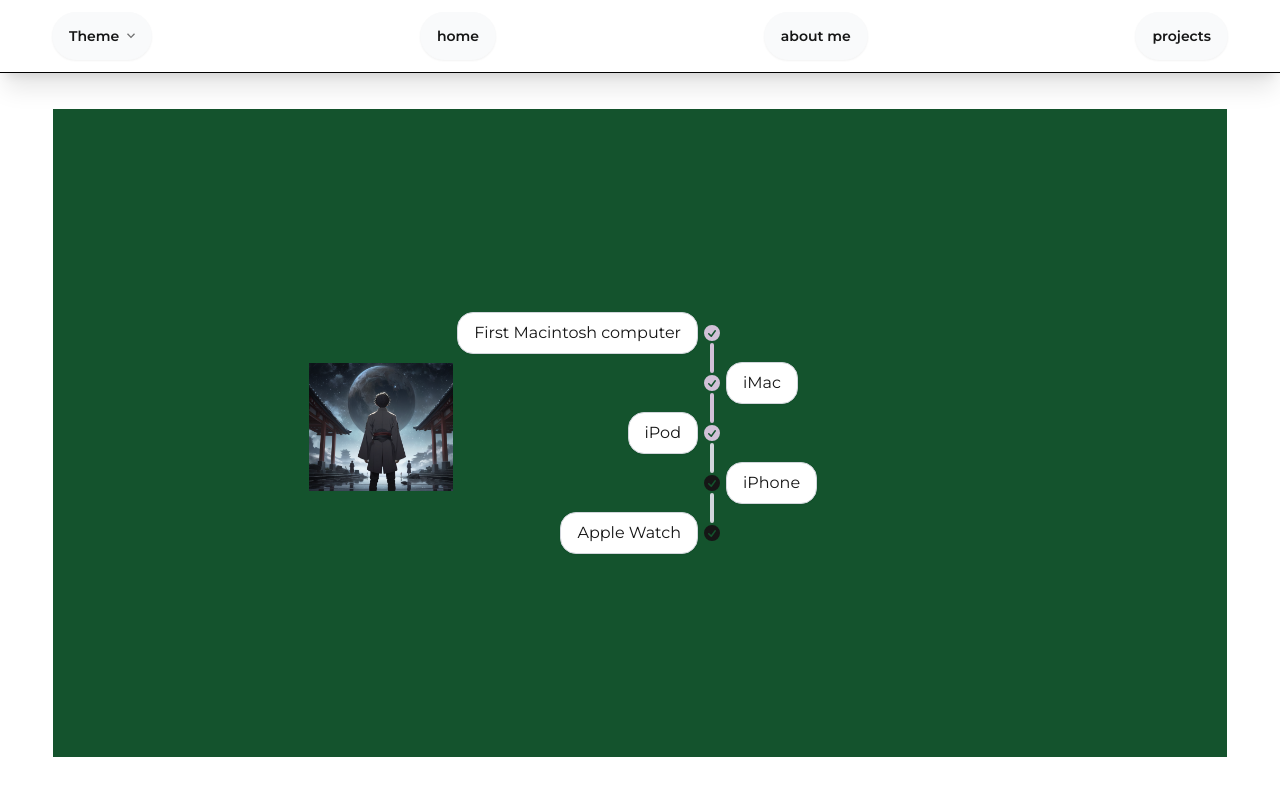
Repository: Yakyaz/myWebsite
Page: /about
These files come from the project's save history. The page is drawn as it stood at one moment and after the next save; the edit follows.
The browser window is 1280 px wide. The pictures show the whole page.
The project was rebuilt for these pictures with package versions that can differ from the ones it lists, and the page was loaded fresh each time. The framework's server and built-in components were replaced by stand-ins that run in the browser. Also part of the build but not shown: next.config.js.

Above is the page before, as saved 2023-12-05 21:40:49.

After the next save:
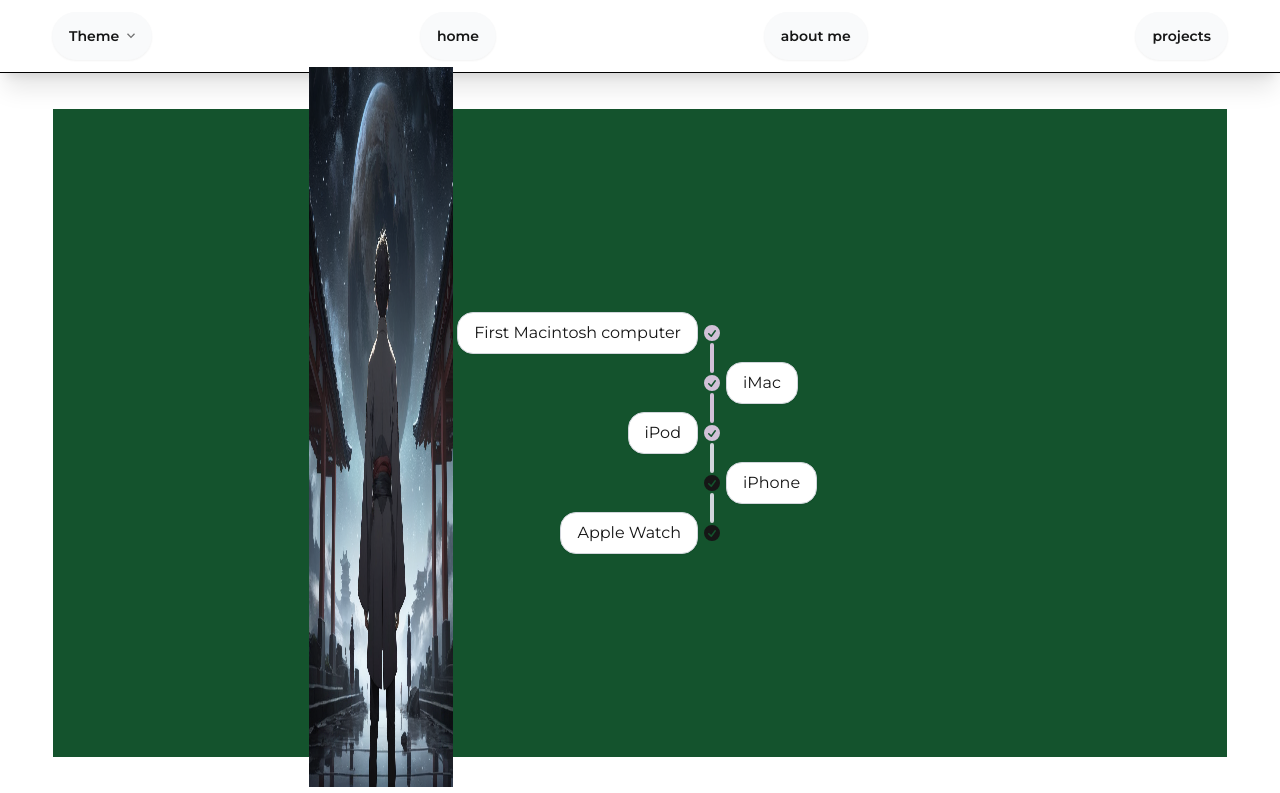
Saved 5 s later.
--- a/app/about/page.tsx
+++ b/app/about/page.tsx
@@ -10,7 +10,7 @@
       >
         <div>
           <Image
-            className="  mb-3 h-full w-36  "
+            className="  mb-3 h-screen w-36  "
             alt="Pb"
             src={bg}
             placeholder="blur"

After the save that followed:
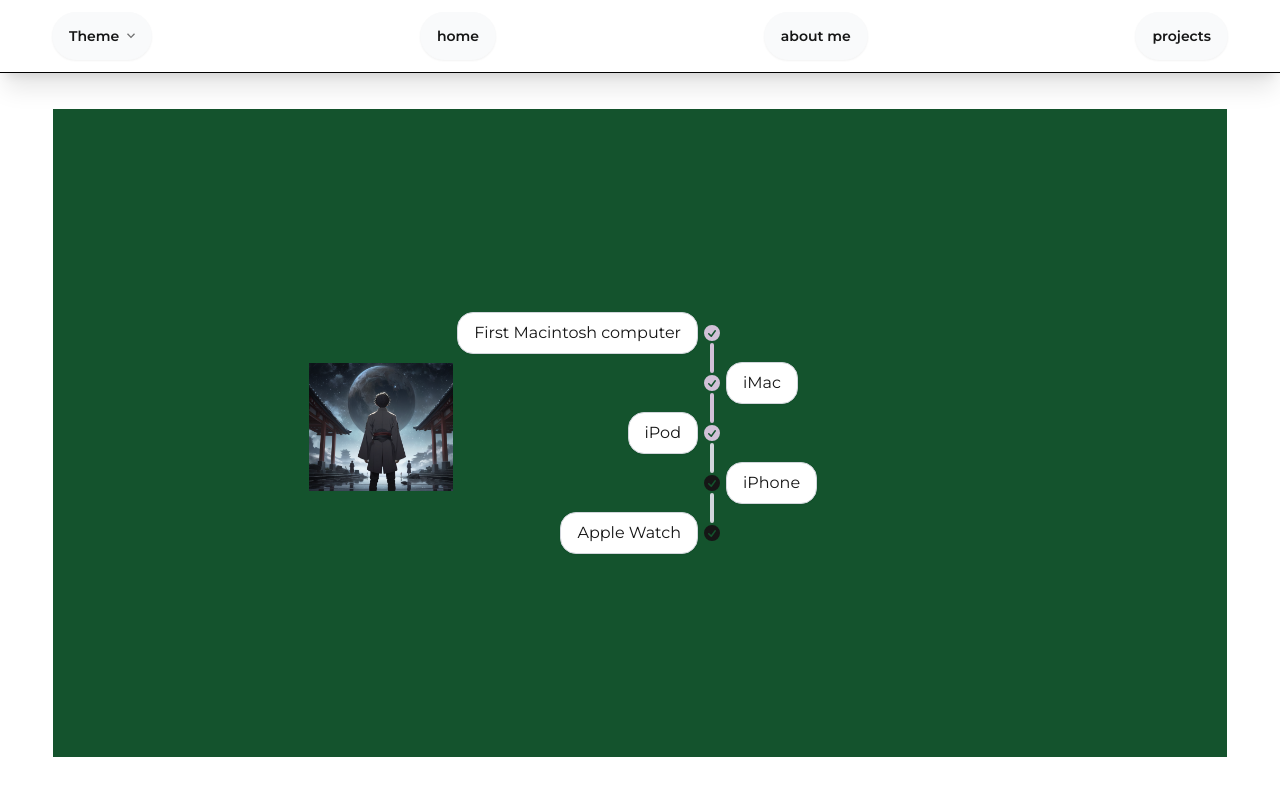
Saved 8 s later.
--- a/app/about/page.tsx
+++ b/app/about/page.tsx
@@ -10,7 +10,7 @@
       >
         <div>
           <Image
-            className="  mb-3 h-screen w-36  "
+            className="  mb-3 h-full w-36  "
             alt="Pb"
             src={bg}
             placeholder="blur"
